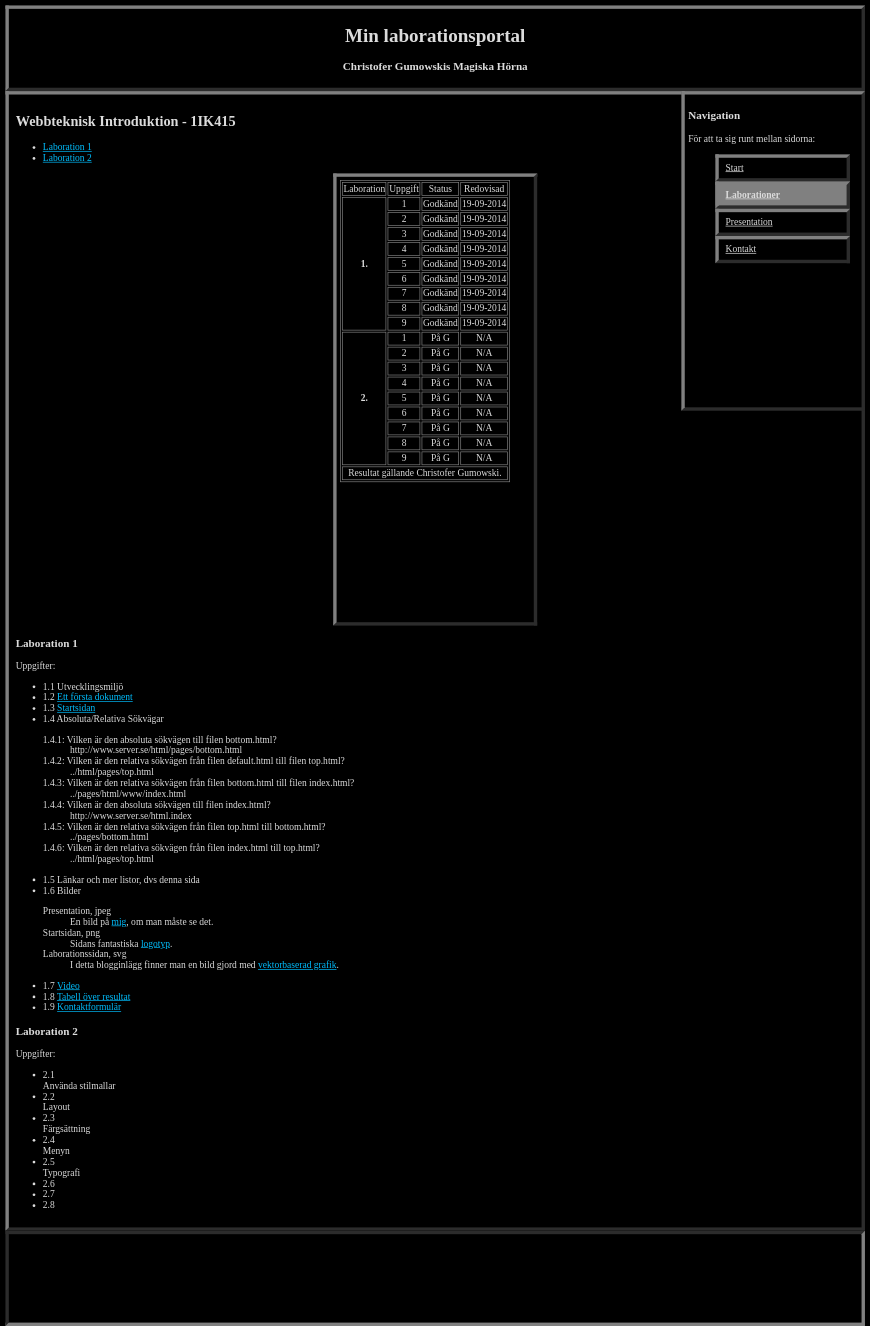
Repository: cg222im/1IK415_cg222im
Page: pages/laborationer.html
The author's editor kept a record of every edit. The page is drawn from the files as they stood at one moment, then again after the next edit.
The browser window is 1280 px wide. The pictures show the whole page, at 68% of full size.

Above is the page before.

### pages/laborationer.html
<!doctype html>
<html lang="sv">
    <head>
        <meta charset="UTF-8" />
        <title>laborationer</title>
        <link rel="stylesheet" href="../css/style.css" />
    </head>

    <body>
    <div id="wrapper">
        <div id="header">
            <h1>Min laborationsportal</h1>
            <h3>Christofer Gumowskis Magiska Hörna</h3>
        </div>


        <div id="nav">
                <h3>Navigation</h3>
                <p>För att ta sig runt mellan sidorna:</p>
                <ul class="navmenu">
                    <li><a href="../index.html">Start</a></li>
                    <li><a href="laborationer.html" id="active">Laborationer</a></li>
                    <li><a href="presentation.html">Presentation</a></li>
                    <li><a href="kontakt.html">Kontakt</a></li>
                </ul>
        </div>

        <div id="main">
        <h2>Webbteknisk Introduktion - 1IK415</h2>

            <ul>
                <li><a href="#Laboration1">Laboration 1</a></li>
                <li><a href="#Laboration2">Laboration 2</a></li>
            </ul>

            <div id="table">
                <!--Uppställd resultattabell-->
                <a id="resultat"></a>
                <table border="1">
                    <thead>
                      <tr>
                        <td>Laboration</td>
                        <td>Uppgift</td>
                        <td>Status</td>
                        <td>Redovisad</td>
                      </tr>
                    </thead>

                    <tfoot>
                        <tr>
                          <td colspan="4">Resultat gällande Christofer Gumowski.</td>
                        </tr>
                    </tfoot>

                    <!--Följande kod är något komprimerad för att spara plats-->
                    <tbody>
                      <tr>
                        <th rowspan="9">1.</th>
                        <td>1</td><td>Godkänd</td><td>19-09-2014</td>
                      </tr>
                        <tr><td>2</td><td>Godkänd</td><td>19-09-2014</td></tr>
                        <tr><td>3</td><td>Godkänd</td><td>19-09-2014</td></tr>
                        <tr><td>4</td><td>Godkänd</td><td>19-09-2014</td></tr>
                        <tr><td>5</td><td>Godkänd</td><td>19-09-2014</td></tr>
                        <tr><td>6</td><td>Godkänd</td><td>19-09-2014</td></tr>
                        <tr><td>7</td><td>Godkänd</td><td>19-09-2014</td></tr>
                        <tr><td>8</td><td>Godkänd</td><td>19-09-2014</td></tr>
                        <tr><td>9</td><td>Godkänd</td><td>19-09-2014</td></tr>
                    </tbody>

                    <tbody>
                      <tr>
                           <th rowspan="9">2.</th>
                        <td>1</td><td>På G</td><td>N/A</td>
                      </tr>
                        <tr><td>2</td><td>På G</td><td>N/A</td></tr>
                        <tr><td>3</td><td>På G</td><td>N/A</td></tr>
                        <tr><td>4</td><td>På G</td><td>N/A</td></tr>
                        <tr><td>5</td><td>På G</td><td>N/A</td></tr>
                        <tr><td>6</td><td>På G</td><td>N/A</td></tr>
                        <tr><td>7</td><td>På G</td><td>N/A</td></tr>
                        <tr><td>8</td><td>På G</td><td>N/A</td></tr>
                        <tr><td>9</td><td>På G</td><td>N/A</td></tr>
                    </tbody>
                </table>
            </div>

            <a id="Laboration1"></a>
            <h3>Laboration 1</h3>
            <p>Uppgifter:</p>
                <ul>
                    <li>1.1 Utvecklingsmiljö</li>
                    <li>1.2 <a href="../README.md">Ett första dokument</a></li>
                    <li>1.3 <a href="../index.html">Startsidan</a></li>
                    <li>1.4 Absoluta/Relativa Sökvägar
                        <dl>
                            <dt>1.4.1: Vilken är den absoluta sökvägen till filen bottom.html?</dt>
                                <dd>http://www.server.se/html/pages/bottom.html</dd>
                            <dt>1.4.2: Vilken är den relativa sökvägen från filen default.html till filen top.html?</dt>
                                <dd>../html/pages/top.html</dd>
                            <dt>1.4.3: Vilken är den relativa sökvägen från filen bottom.html till filen index.html?</dt>
                                <dd>../pages/html/www/index.html</dd>
                            <dt>1.4.4: Vilken är den absoluta sökvägen till filen index.html?</dt>
                                <dd>http://www.server.se/html.index</dd>
                            <dt>1.4.5: Vilken är den relativa sökvägen från filen top.html till bottom.html?</dt>
                                <dd>../pages/bottom.html</dd>
                            <dt>1.4.6: Vilken är den relativa sökvägen från filen index.html till top.html?</dt>
                                <dd>../html/pages/top.html</dd>
                        </dl></li>
                    <li>1.5 Länkar och mer listor, dvs denna sida</li>
                    <li>1.6 Bilder
                        <dl>
                            <dt>Presentation, jpeg</dt>
                                <dd>En bild på <a href="presentation.html#portrait">mig</a>, om man måste se det.</dd>
                            <dt>Startsidan, png</dt>
                                <dd>Sidans fantastiska <a href="../pics/logo.png">logotyp</a>.</dd>
                            <dt>Laborationssidan, svg</dt>
                                <dd>I detta blogginlägg finner man en bild gjord med <a href="../index.html#svgBlogg">vektorbaserad grafik</a>.</dd>
                        </dl></li>
                    <li>1.7 <a href="../index.html#trailer">Video</a></li>
                    <li>1.8 <a href="#resultat">Tabell över resultat</a></li>
                    <li>1.9 <a href="kontakt.html">Kontaktformulär</a></li>
                </ul>


            <a id="Laboration2"></a>
            <h3>Laboration 2</h3>
            <p>Uppgifter:</p>
                <ul>
                    <li>2.1</li> Använda stilmallar
                    <li>2.2</li> Layout
                    <li>2.3</li> Färgsättning
                    <li>2.4</li> Menyn
                    <li>2.5</li> Typografi
                    <li>2.6</li>
                    <li>2.7</li>
                    <li>2.8</li>
                </ul>
        </div>

    </div>

    <div class="footer">

    </div>

    </body>

</html>

### css/style.css
html, body {height: 100%;}
p {color: #DCDCDC;}
table {text-align: center;}
ul {color: #DCDCDC;}

a:link { color: #00BFFF; }
a:visited { color: purple; }
a:focus { color: yellow; }
a:hover { color: yellow; }
a:active { color: silver; }

body {
    background-color: black;
    font-family: "Times New Roman", Helvetica, Arial, sans-serif;
    font-size: 14px;
}
#wrapper {
    background-color: black;
    min-height: 100%;
    margin: auto 0 auto 0;
    margin-bottom: -120px;
}
#header {
    border-style: outset;
    border-width: 5px;
    border-color: gray;
    background-color:black;
    color: #DCDCDC;
    text-align: center;
    padding: 5px;
}
#main {
    border-style: outset;
    border-width: 5px;
    border-color: gray;
    background-color: black;
    color: #DCDCDC;
    text-align: left;
    padding: 10px;
}
/* För att få sticky footer */
#wrapper:after {
    content:"";
    display:block;
    height: 120px;
}
.footer {
    border-style: inset;
    border-width: 5px;
    border-color: gray;
    background-color: black;
    color: #DCDCDC;
    clear: both;
    text-align: left;
    padding: 5px;
    height: 120pX;
}
#table {
    text-align: center;
    margin: 0 auto;
    width: 280px;
    /* Kan behöva komma att ändra storlek allt eftersom; dela upp i Laborationer/kolumner? */
    height: 645px;
    margin-left: auto;
    margin-top: auto;
    border-style: outset;
    border-width: 5px;
    border-color: gray;
    background-color:black;
    color: #DCDCDC;
    padding: 5px;
}
table, th, td {
    border: 1px;
    border-style: solid;
    border-color: gray;
}
/* För formulär i kontakt.html vars sidas formatering inte fungerar? */
#form {
    height: 100%;
    float: left;
    border-style: outset;
    border-width: 5px;
    border-color: gray;
    background-color:black;
    color: #DCDCDC;
    padding: 5px;
}
#nav {
    margin: 0;
    padding: 5;
    width:250px;
    border-style: outset;
    border-width: 5px;
    border-color:gray;
    background-color: black;
    color: #DCDCDC;
    height: 450px;
    float: right;
    padding: 5px;
}
.navmenu {
    list-style: none;
}
.navmenu li a:hover {
    background-color: gray;
    color: yellow;
}
.navmenu li a:focus {
    background-color: gray;
    color: yellow;
}
.navmenu li a {
    line-height: 30px;
    border-style: outset;
    border-width: 5px;
    border-color: gray;
    background-color: black;
    color: #DCDCDC;
    display: block;
    width: 80%;
    padding: 0px 10px;
}
#active {
    display: block;
    font-weight: bold;
    background-color: gray;
}
/* Logo, endast för #nav */
#logo {
    display: block;
    height: 200px;
    background-image: url(pics/logo2.png);
}
/* thumb bild för blogginlägg */
.thumb {
    display: block;
    height: 16px;
    width: 20px;
    background-image: url(pics/thumb2.png);
    float: left;
}

After the next edit:
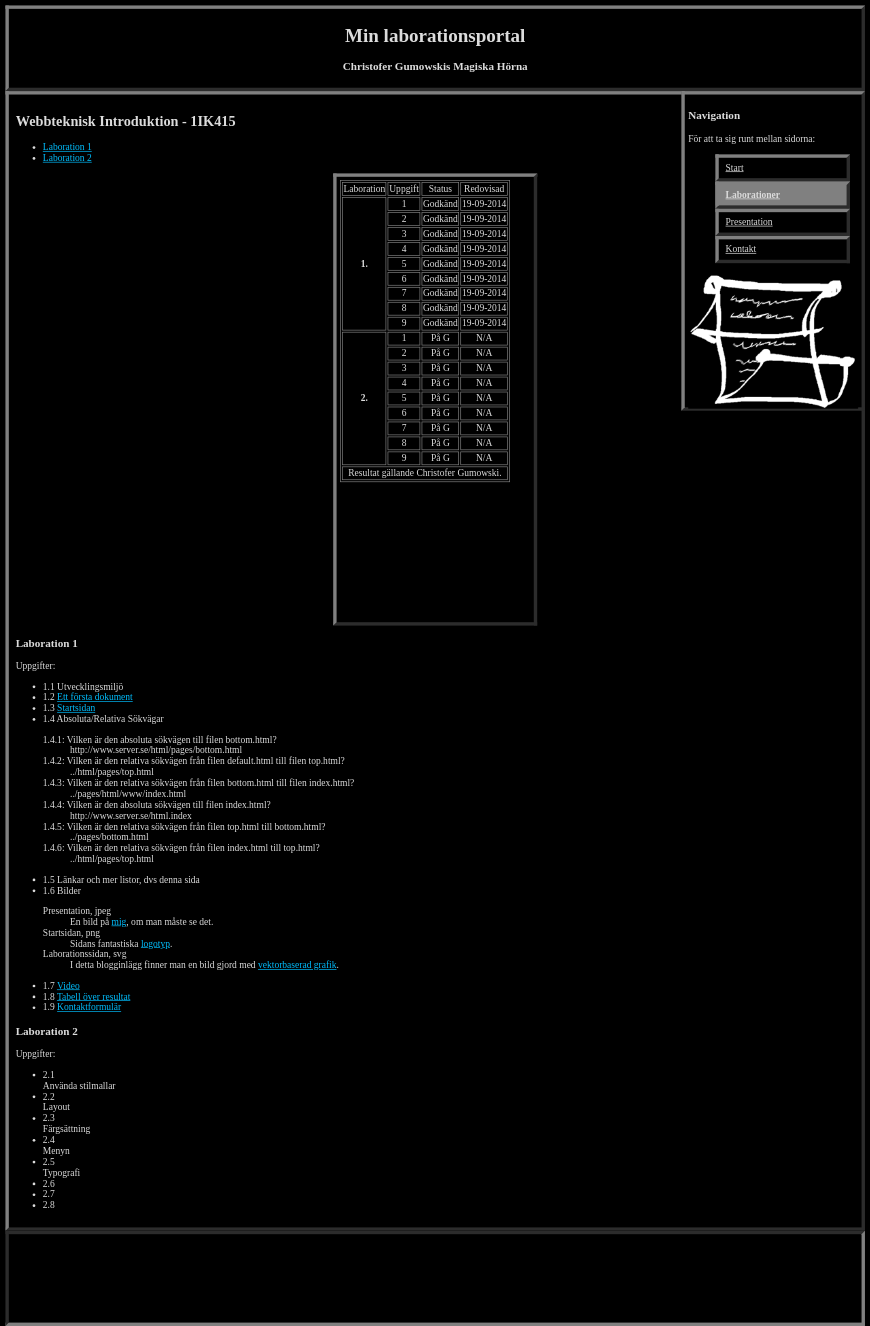
The edit:
--- a/pages/laborationer.html
+++ b/pages/laborationer.html
@@ -15,14 +15,15 @@
 
 
         <div id="nav">
-                <h3>Navigation</h3>
-                <p>För att ta sig runt mellan sidorna:</p>
-                <ul class="navmenu">
-                    <li><a href="../index.html">Start</a></li>
-                    <li><a href="laborationer.html" id="active">Laborationer</a></li>
-                    <li><a href="presentation.html">Presentation</a></li>
-                    <li><a href="kontakt.html">Kontakt</a></li>
-                </ul>
+            <h3>Navigation</h3>
+            <p>För att ta sig runt mellan sidorna:</p>
+            <ul class="navmenu">
+                <li><a href="../index.html">Start</a></li>
+                <li><a href="laborationer.html" id="active">Laborationer</a></li>
+                <li><a href="presentation.html">Presentation</a></li>
+                <li><a href="kontakt.html">Kontakt</a></li>
+            </ul>
+            <div id="logo"></div>
         </div>
 
         <div id="main">
